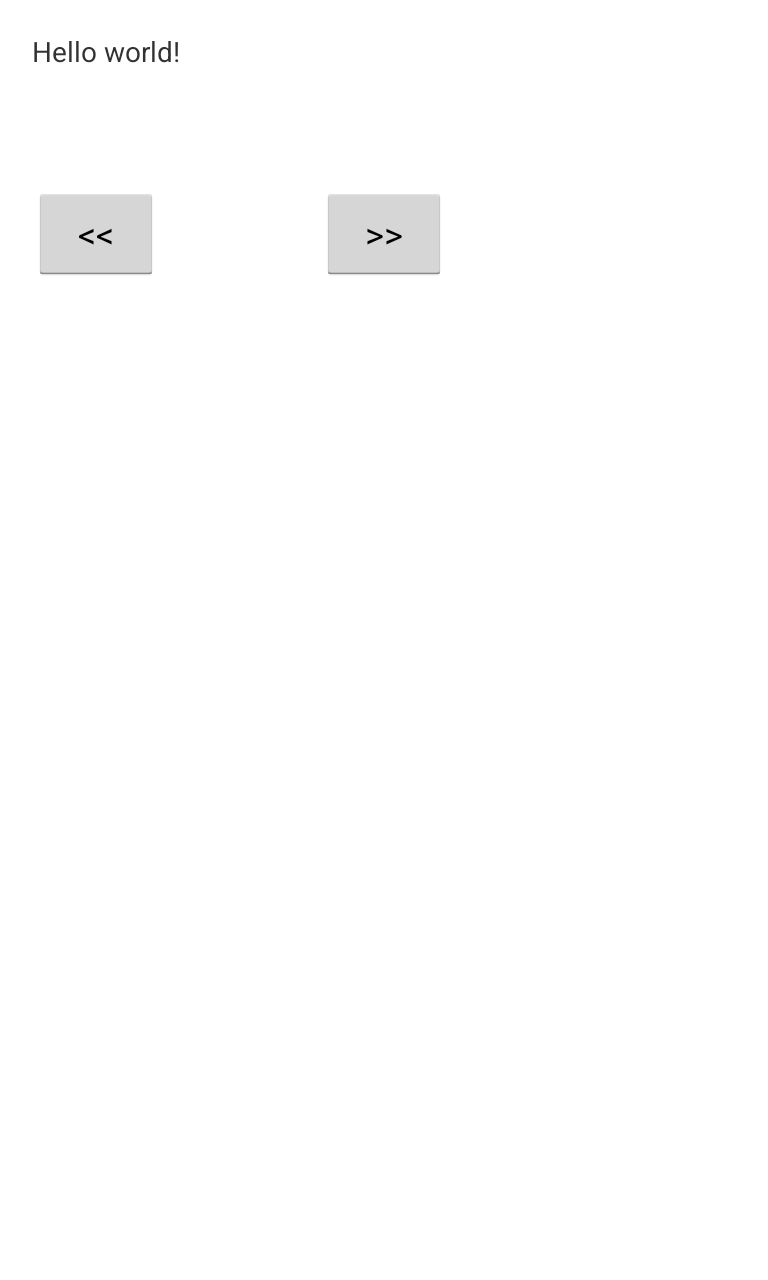
Repository: HGtz2222/NightMode
Layout: NightMode/res/layout/activity_main.xml
An editor plug-in stored every save of this project. The layout is shown before and after the next save, followed by the edit.
It is drawn on a 768 x 1280 px phone screen (xhdpi) without system bars, with theme AppTheme; the app's code is not run.

Above is the layout before, as saved 2015-11-13 10:56:01.

After the next save:
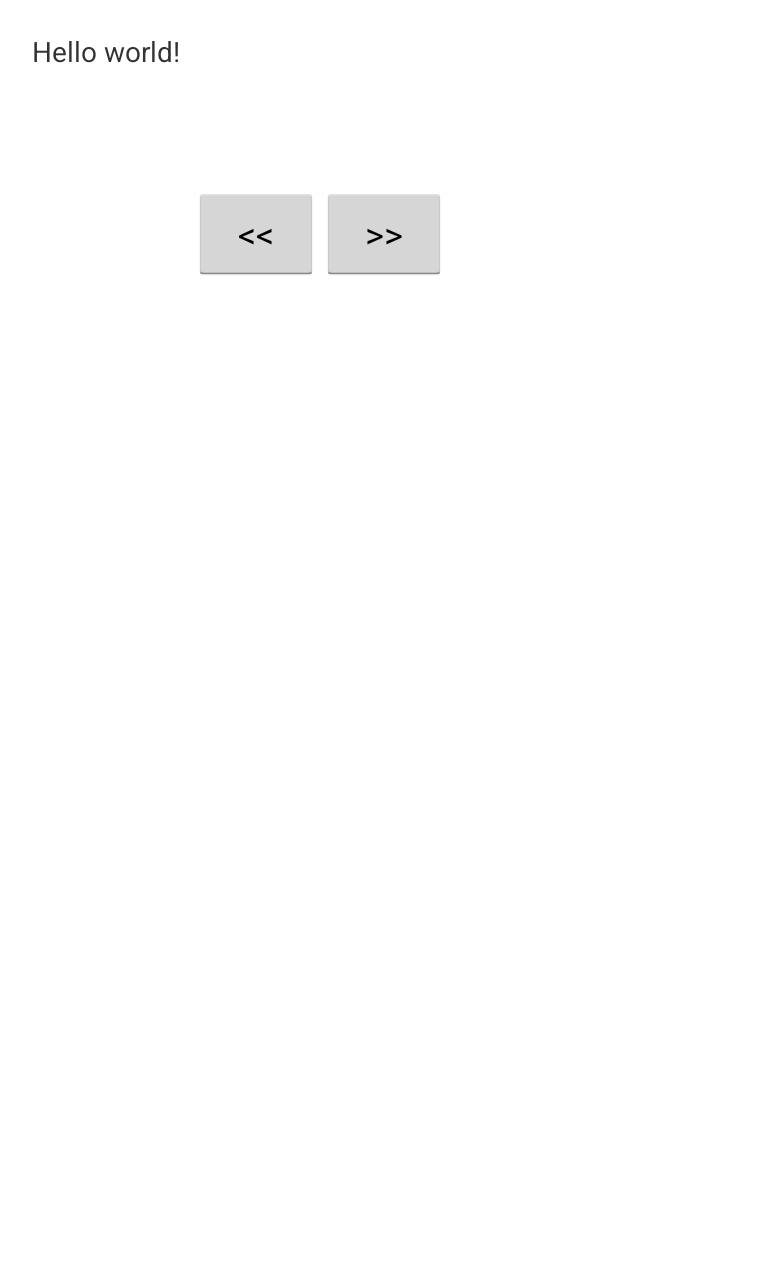
Saved 12 s later.
--- a/NightMode/res/layout/activity_main.xml
+++ b/NightMode/res/layout/activity_main.xml
@@ -15,15 +15,6 @@
         android:text="@string/hello_world" />
 
     <Button
-        android:id="@+id/button1"
-        android:layout_width="wrap_content"
-        android:layout_height="wrap_content"
-        android:layout_alignLeft="@+id/textView1"
-        android:layout_below="@+id/textView1"
-        android:layout_marginTop="58dp"
-        android:text="@string/sub" />
-
-    <Button
         android:id="@+id/button2"
         android:layout_width="wrap_content"
         android:layout_height="wrap_content"
@@ -31,4 +22,13 @@
         android:layout_centerHorizontal="true"
         android:text="@string/add" />
 
+    <Button
+        android:id="@+id/button1"
+        android:layout_width="wrap_content"
+        android:layout_height="wrap_content"
+        android:layout_below="@+id/textView1"
+        android:layout_marginTop="58dp"
+        android:layout_toLeftOf="@+id/button2"
+        android:text="@string/sub" />
+
 </RelativeLayout>
